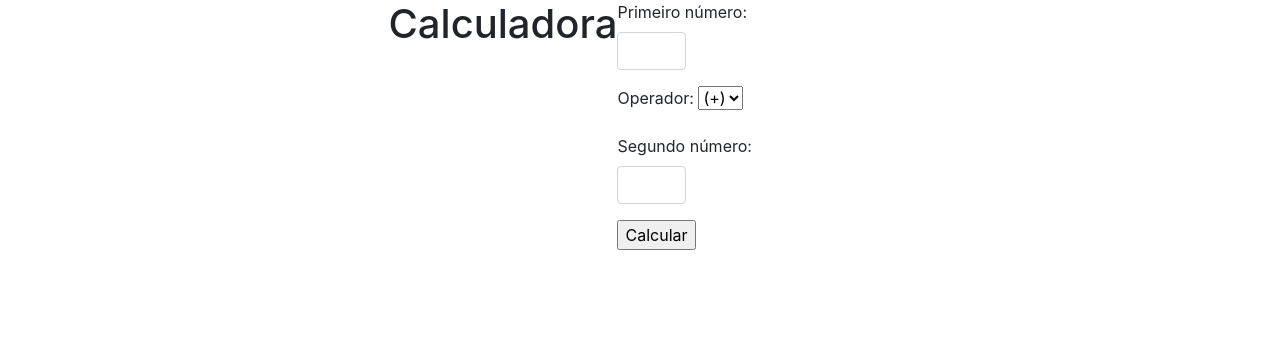
Repository: babirms/DAC
Page: Calculadora/WebContent/home.html
These files come from the project's save history. The page is drawn as it stood at one moment and after the next save; the edit follows.
The browser window is 1280 px wide. The pictures show the whole page.

Above is the page before, as saved 2020-09-20 22:36:39.
Console error (its wording comes from the project's code and is left out).

After the next save:
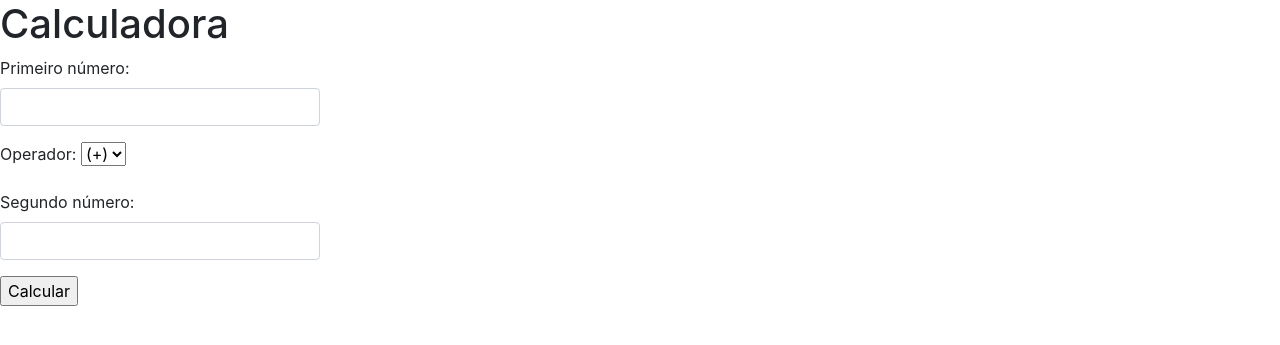
Saved 44 s later.
--- a/Calculadora/WebContent/home.html
+++ b/Calculadora/WebContent/home.html
@@ -8,7 +8,7 @@
 <script type="text/javascript" src="bootstrap/js/bootstrap.min.js"></script>
 </head>
 <body>
-	<div class="d-flex justify-content-center">
+	<div class="d-flex flex-column justify-content-center">
 		<h1>Calculadora</h1>
 		<form action="CalculadoraServlet" method="get">
 			<div class="form-group">

After the 3 saves that followed:
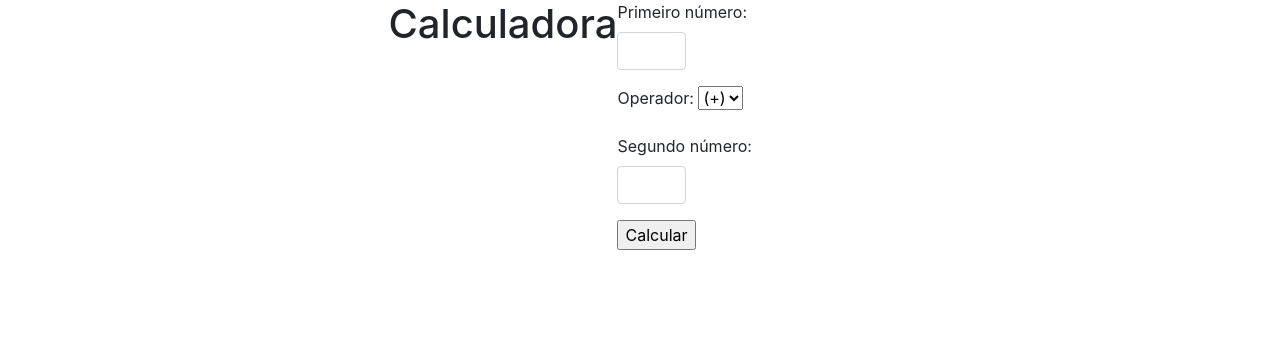
The 3 saves are shown as one change because 2 left the picture as it was.
The last was saved 2 min 11 s later.
--- a/Calculadora/WebContent/home.html
+++ b/Calculadora/WebContent/home.html
@@ -8,30 +8,33 @@
 <script type="text/javascript" src="bootstrap/js/bootstrap.min.js"></script>
 </head>
 <body>
-	<div class="d-flex flex-column justify-content-center">
-		<h1>Calculadora</h1>
-		<form action="CalculadoraServlet" method="get">
-			<div class="form-group">
-				<label for="primeiroNum">Primeiro número: </label> <input
-					type="number" class="form-control col-sm-3" name="primeiroValue"
-					id="primeiroNum ">
-			</div>
-			<div class="form-group">
-				<label>Operador: </label> <select name="operacao">
-					<option value="soma">(+)</option>
-					<option value="sub">(-)</option>
-					<option value="mul">(*)</option>
-					<option value="div">(/)</option>
-				</select>
-			</div>
-			<div class="form-group">
-				<label for="segundoNum">Segundo número: </label> <input
-					type="number" id="segundoNum" class="form-control col-sm-3"
-					name="segundoValue">
-			</div>
-			<input type="submit" value="Calcular">
-		</form>
+	<div class="column">
+		<div class="d-flex justify-content-center">
+			<h1>Calculadora</h1>
+			<form action="CalculadoraServlet" method="get">
+				<div class="form-group">
+					<label for="primeiroNum">Primeiro número: </label> <input
+						type="number" class="form-control col-sm-3" name="primeiroValue"
+						id="primeiroNum ">
+				</div>
+				<div class="form-group">
+					<label>Operador: </label> <select name="operacao">
+						<option value="soma">(+)</option>
+						<option value="sub">(-)</option>
+						<option value="mul">(*)</option>
+						<option value="div">(/)</option>
+					</select>
+				</div>
+				<div class="form-group">
+					<label for="segundoNum">Segundo número: </label> <input
+						type="number" id="segundoNum" class="form-control col-sm-3"
+						name="segundoValue">
+				</div>
+				<input type="submit" value="Calcular">
+			</form>
+		</div>
 	</div>
+
 
 </body>
 </html>
